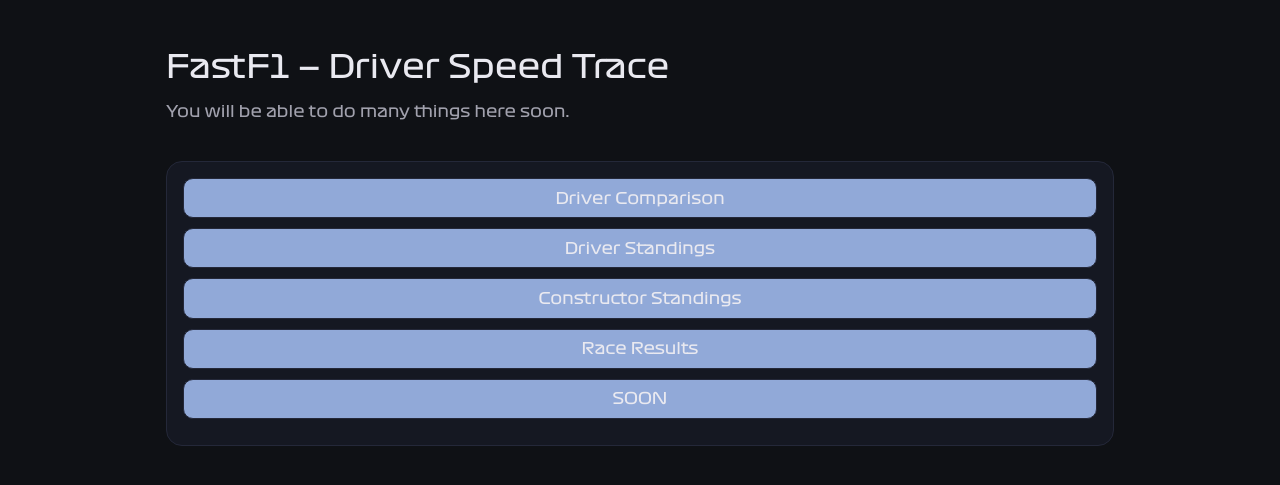
Repository: gqnsptaa/fastf1_web_preview
Page: http://localhost/menu
These files come from the project's save history. The page is drawn as it stood at one moment and after a run of saves; the edit follows.
The browser window is 1280 px wide. The pictures show the whole page.
The page is served by the project's application, run on Flask 3 (app.py).

Above is the page before, as saved 2025-09-22 17:15:26.

After the next 2 saves:
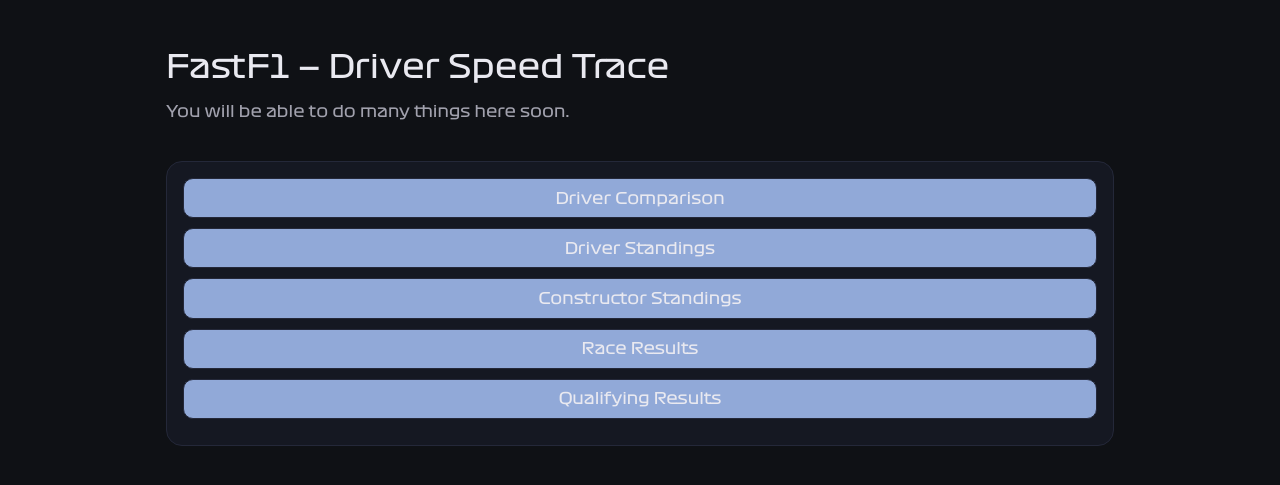
The 2 saves are shown as one change because they came seconds apart.
The last was saved 8 s later.
--- a/templates/menu.html
+++ b/templates/menu.html
@@ -25,7 +25,9 @@
             >Constructor Standings</a
           >
           <a class="menu-btn" href="{{ url_for('index') }}">Race Results</a>
-          <a class="menu-btn" href="{{ url_for('index') }}">SOON</a>
+          <a class="menu-btn" href="{{ url_for('index') }}"
+            >Qualifying Results</a
+          >
         </div>
       </div>
     </div>
